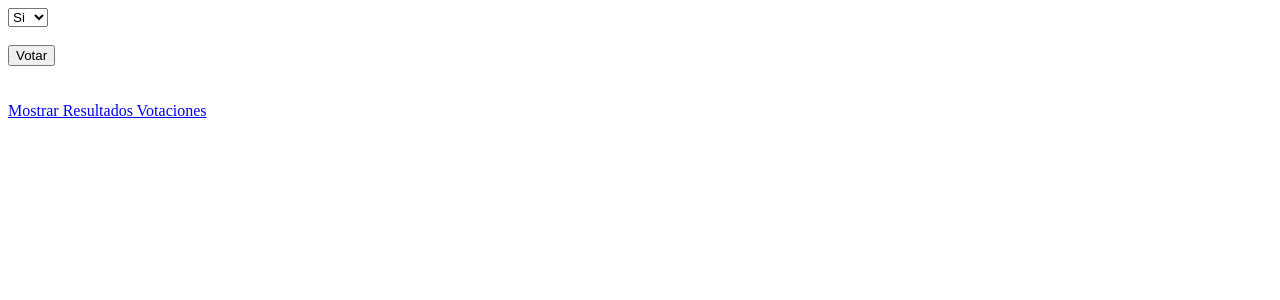
Repository: angegon/Developing-Applications-for-the-Java-EE-Platform
Page: javaee/19_votaciones/WebContent/votacion.html
The author's editor kept a copy of each file at every save. The page is drawn from the files as they stood at one save, then again after the next save.
The browser window is 1280 px wide. The pictures show the whole page.

Above is the page before, as saved 2016-12-22 19:27:09.

### javaee/19_votaciones/WebContent/votacion.html
<!DOCTYPE html>
<html>
<head>
<meta charset="ISO-8859-1">
<title>Insert title here</title>
</head>
<body>

	<form action="votar" method="post">
		<select name="votacion">
			<option value="1">Si</option>
			<option value="0">No</option>
		</select> </br>
		</br> <input type="submit" value="Votar" />
	</form>
	</br>
	</br>
	<a href="resultados.jsp">Mostrar Resultados Votaciones</a>
</body>
</html>

After the next save:
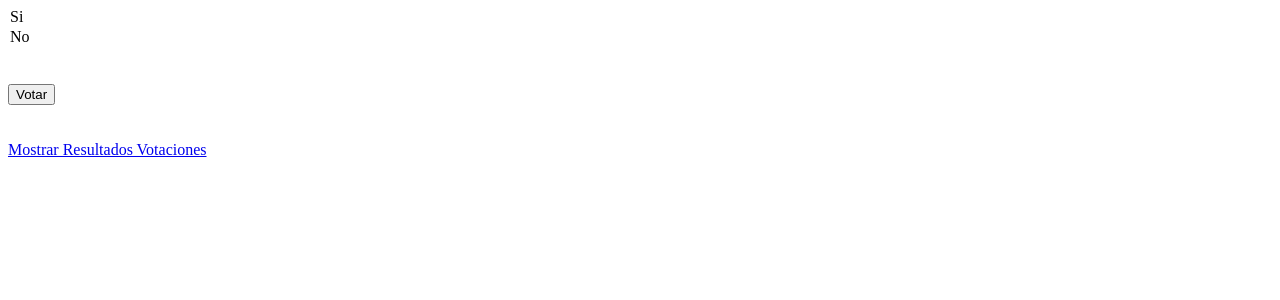
Saved 61 s later.
--- a/javaee/19_votaciones/WebContent/votacion.html
+++ b/javaee/19_votaciones/WebContent/votacion.html
@@ -7,10 +7,10 @@
 <body>
 
 	<form action="votar" method="post">
-		<select name="votacion">
+		<radiobutton name="votacion">
 			<option value="1">Si</option>
 			<option value="0">No</option>
-		</select> </br>
+		</radiobutton> </br>
 		</br> <input type="submit" value="Votar" />
 	</form>
 	</br>
